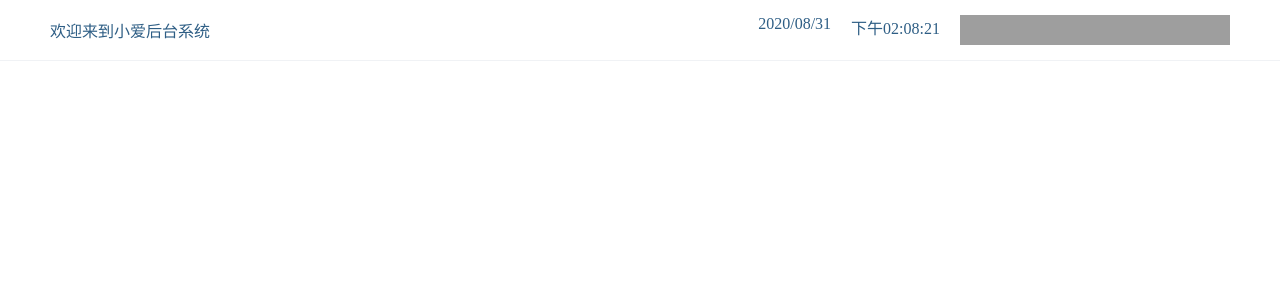
Repository: ZHANG-0714/backstage
Page: /
An editor plug-in stored every save of this project. The page is shown before and after the next save, followed by the edit.
The browser window is 1280 px wide. The pictures show the whole page.
Pictures or frames that could not be fetched are drawn as grey boxes. The project was rebuilt for these pictures with package versions that can differ from the ones it lists, and the page was loaded fresh each time. Also part of the build but not shown: vue.config.js, src/views/Home.vue.

Above is the page before, as saved 2020-08-31 16:51:00.

### public/index.html
<!DOCTYPE html>
<html lang="en">

<head>
  <meta charset="utf-8">
  <meta http-equiv="X-UA-Compatible" content="IE=edge">
  <meta name="viewport" content="width=device-width,initial-scale=1.0">
  <link rel="icon" href="<%= BASE_URL %>favicon.ico">
  <title><%= htmlWebpackPlugin.options.title %></title>
</head>

<body>
  <noscript>
    <strong>We're sorry but <%= htmlWebpackPlugin.options.title %> doesn't work properly without JavaScript enabled.
      Please enable it to continue.</strong>
  </noscript>
  <div id="app"></div>
  <!-- built files will be auto injected -->

  <!--[if lte IE 9]>
    <div style='position:absolute; top: 50%; left:50%; margin-top: -50px;margin-left: -400px; align-items: center;justify-content: center;'>
      <div style='width: 800px; height: 100px;text-align: center'>
        <h1>
        您的浏览器版本过低 请下载最新的谷歌浏览器
      </h1>
      <div style='text-align: center;width: 800px'>
        <a href='http://rj.baidu.com/soft/detail/14744.html?ald'>下载谷歌浏览器点此链接</a>
      </div>
      </div>
    </div>
  <![endif]-->
</body>

</html>

### src/App.vue
<template>
  <div id="app">
    <router-view />
  </div>
</template>

<style lang="scss">
@import "../style/Css";
@import '../style/Situation'
</style>

### src/router/index.js
import Vue from 'vue'
import VueRouter from 'vue-router'
import Home from '../views/Home.vue'
import Public from '../views/Public.vue'

Vue.use(VueRouter)

const routes = [
  {
    path: '/home',
    redirect: '/'
  },
  {
    path: '/',
    component: Public,
    children: [
      {
        path: '',
        name: 'Home',
        component: Home,  //首页
        meta: {
          title: "首页"
        }
      },
    ]
  }
]

const router = new VueRouter({
  mode: 'history',
  base: process.env.BASE_URL,
  routes
})

export default router

### src/store/index.js
import Vue from 'vue'
import Vuex from 'vuex'
import user from './user/user'

Vue.use(Vuex)

export default new Vuex.Store({
  state: {
  },
  mutations: {
  },
  actions: {
  },
  modules: {
    user
  }
})

### style/Css.css
* {
	margin: 0;
	padding: 0;
}

.flex {
	display: flex;
}

.justify-content {
	justify-content: center;
}

.align-items {
	align-items: center;
}

.space-around {
	justify-content: space-around;
}

.space-between {
	justify-content: space-between;
}

.flex-direction {
	flex-direction: column;
}

.flex-end {
	align-items: flex-end;
}

.text-overflow {
	overflow: hidden;
	text-overflow: ellipsis;
	display: -webkit-box;
	-webkit-line-clamp: 1;
	-webkit-box-orient: vertical;
}

.opacity {
	opacity: 0.9;
}

.filter {
	filter: blur(30px);
	z-index: -1;
}

.flex-wrap {
	flex-wrap: wrap;
}

.position {
	position: fixed;
}

### style/Situation.scss
.el-card--header--img--doos {
    .el-card__header {
        border-bottom: 1px solid #535353;
    }
    .el-form-item__label{
        padding: 0;
    }
}

### src/views/Public.vue
<template>
  <!-- 公共 -->
  <div>
    <headTop></headTop>
  </div>
</template>

<script>
import headTop from "../components/public/headTop";
export default {
  name: "",
  props: {},
  components: {
    headTop,
  },
  data() {
    return {};
  },
  methods: {},
  mounted() {},
  watch: {},
  computed: {},
};
</script>

<style scoped lang='scss'>
</style>

### src/store/user/user.js
import api from '../../http/api'
import router from '../../router'
import { Message } from 'element-ui'

export default {
    // 开启命名空间 这个文件就是单独的一个vuex的模块
    namespaced: true,
    state: {
        menus: []
    },
    mutations: {
        seMenus(state, data) {
            state.menus = data
        }
    },
    actions: {
        //所有的请求都写在actions里面
        // actions 里面的方法可以传两个参数，第一个参数是整个store(vuex对象) 第二个参数是请求的参数
        async getMenus({ commit }) {
            let res = await api.getMenus()
            if (res.meta.status === 200) {
                // 提交mutation
                commit('setMenus', res.data)
            }
        },
        //登录
        async login({ commit }, { username, password }) {
            let res = await api.login({
                username,
                password
            })
            console.log(commit);
            console.log(res);
            if (res.meta.status === 200) {
                // 存储信息
                localStorage.setItem('adminToken', res.data.toke)
                localStorage.setItem('adminUser', JSON.stringify(res.data))
                // 跳转路由
                router.push('/')
                // 提示用户
                Message.success('登录成功')
            }
        }
    },
}

### src/components/public/headTop.vue
<template>
  <!-- 头部组件 -->
  <div class="top flex align-items space-between">
    <div class="name">欢迎来到小爱后台系统</div>
    <!-- 时间 -->
    <div class="flex">
      <div class="time">{{time}}</div>
      <div class="time">{{hi}}{{date}}</div>
      <!-- 天气 -->
      <iframe
        scrolling="no"
        src="https://tianqiapi.com/api.php?style=tz&skin=pitaya"
        frameborder="0"
        height="30"
        allowtransparency="true"
      ></iframe>
    </div>
  </div>
</template>

<script>
import dayjs from "dayjs";
export default {
  name: "",
  props: {},
  components: {},
  data() {
    return {
      time: "", //获取当前登录时间
      date: "",
      hi: {},
    };
  },
  methods: {},
  mounted() {
    //  获取当前登录时间
    this.time = dayjs().format("YYYY/MM/DD");
    console.log(this.time);

    let _this = this; // 声明一个变量指向Vue实例this，保证作用域一致
    this.timer = setInterval(() => {
      _this.date = dayjs().format("hh:mm:ss"); // 修改数据date
    }, 1000);

    //   判断时间段
    let hi = dayjs().format("HH");
    if (hi > 6 && hi <= 13) {
      this.hi = "早上";
    } else if (hi > 11 && hi <= 13) {
      this.hi = "中午";
    } else if (hi > 13 && hi <= 18) {
      this.hi = "下午";
    } else if (hi > 18 && hi <= 23) {
      this.hi = "晚上";
    } else {
      this.hi = "该睡觉了";
    }
  },
  watch: {},
  computed: {},
};
</script>

<style scoped lang='scss'>
.top {
  height: 60px;
  padding: 0 50px;
  border-bottom: 1px solid #f0f2f5;
  color: #2e5e85;
}
.time {
  margin-right: 20px;
}
.iframes {
  width: 50px;
}
iframe {
    width: 270px;
}
</style>

### src/http/api.js
import service from './index'

export default {
    login({ username, password }) {
        return service.post('/login', {
            username,
            password
        })
    }
}

### src/http/index.js
import axios from 'axios'
import nprogress from 'nprogress'
import { Message } from 'element-ui'

//运行环境：本地环境:devlpment 和线上（生产）环境：production
const ispro = process.env.NODE_ENV === 'production'

//创建一个axios的实例
const service = axios.create({
    //基础路径:需要根据当前的运行环境来判断
    baseURL: ispro ? '线上接口路径' : '/api',
    //超时时间
    timeout: 100000
})

// 请求拦截：每一次发请求都会做的事
service.interceptors.request.use((config) => {
    nprogress.start()
    //前后端鉴权
    //jwt：JSON WEB TOKEN
    //登录成功后 后端会返回一个令牌
    let token = localStorage.getItem('abminToken')
    if (token) {
        config.headers['Authorization'] = token
    }
    return config
}, err => {
    nprogress.done()
    return Promise.reject(err)
})

//响应拦截：每一次接口返回数据的时候都会做的事
service.interceptors.response.use((res) => {
    nprogress.done()
    return res.data
}, err => {
    if (err.response && err.response.status) {
        // 错误请求的状态码
        let status = err.response.status
        if (status === 400) {
            Message.error('参数错误')
        }
        if (status === 401) {
            Message.error('登录过期，请重新登录')
        }
        if (status === 403) {
            Message.error('没有权限')
        }
        if (status === 404) {
            Message.error('接口路径错误')
        }
        if (status === 500) {
            Message.error('服务器出错')
        }
        if (status === 503) {
            Message.error('服务器在维护')
        }
    }
    return Promise.reject(err)
}
)

export default service

Loaded but not shown: src/main.js (common file)

After the next save:
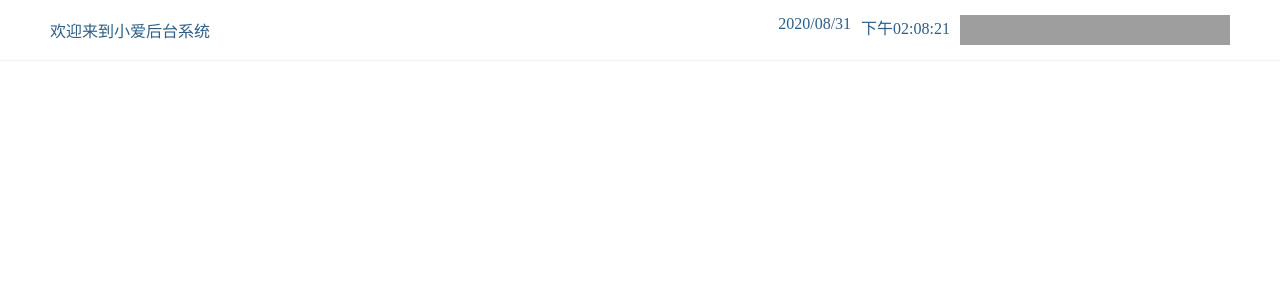
Saved 29 s later.
--- a/src/components/public/headTop.vue
+++ b/src/components/public/headTop.vue
@@ -69,7 +69,7 @@ export default {
   color: #2e5e85;
 }
 .time {
-  margin-right: 20px;
+  margin-right: 10px;
 }
 .iframes {
   width: 50px;
